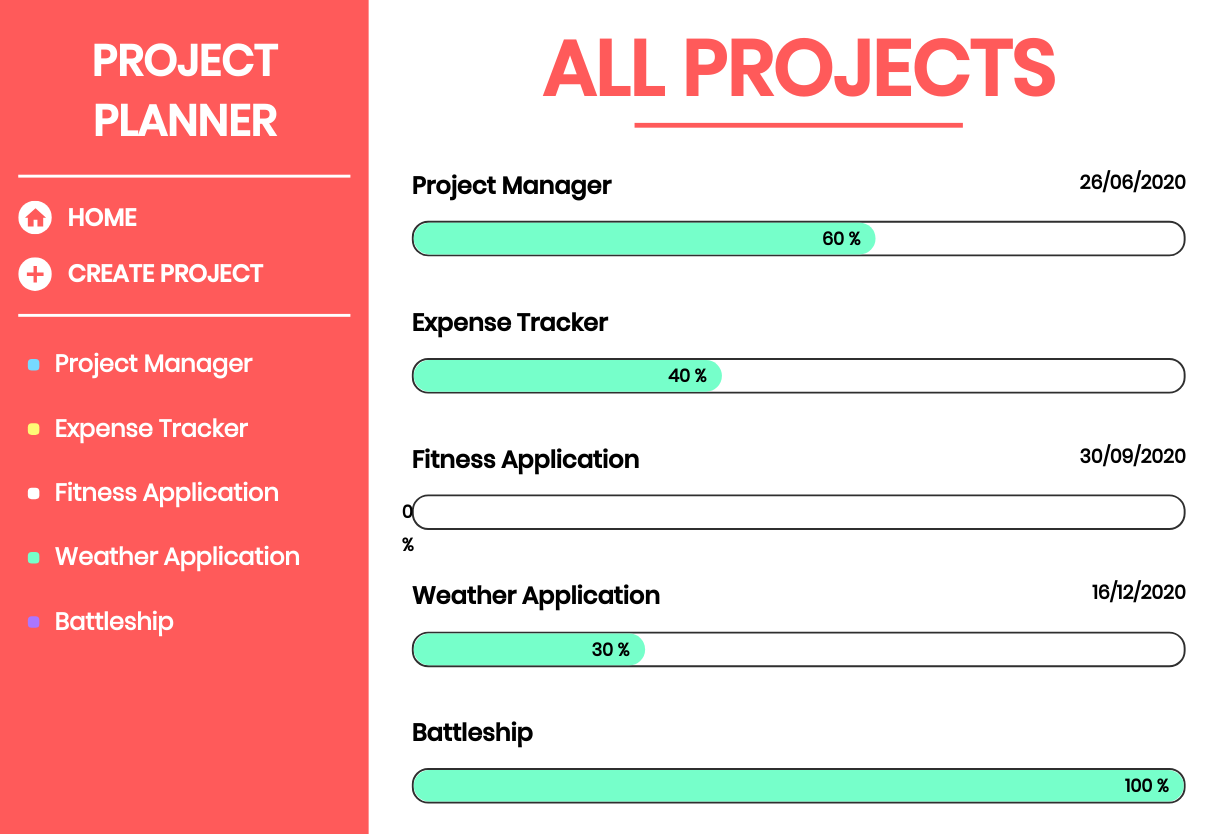
Repository: AzharMoosa/project-manager
Page: /
The author's editor kept a copy of each file at every save. The page is drawn from the files as they stood at one save, then again after a run of saves.
The browser window is 1280 px wide. The pictures show the whole page, at 96% of full size.
The project was rebuilt for these pictures with package versions that can differ from the ones it lists, and the page was loaded fresh each time.

Above is the page before, as saved 2020-06-22 11:25:35.

After the next 2 saves:
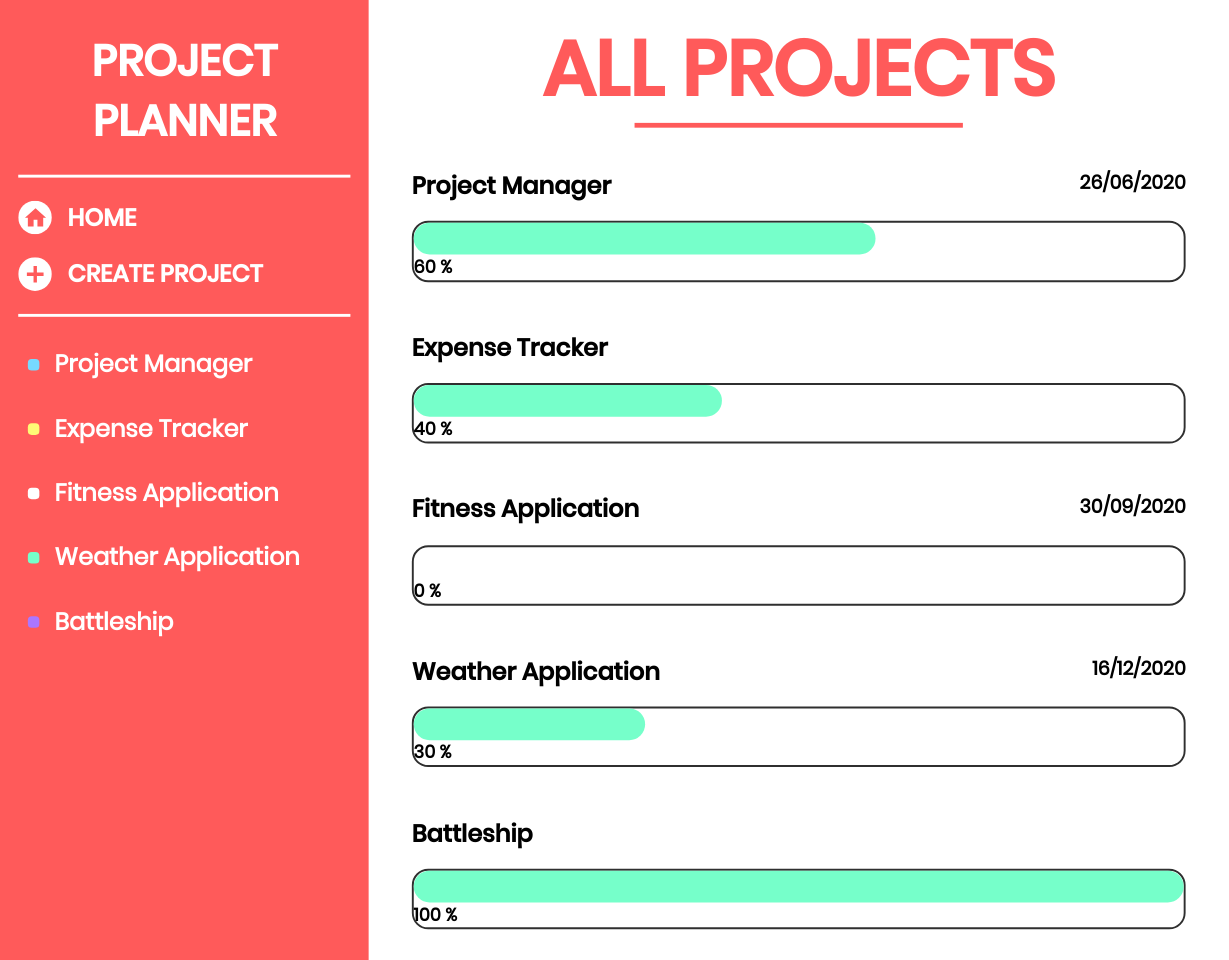
The 2 saves are shown as one change because they came seconds apart.
The last was saved 8 s later.
--- a/src/components/home/ProgressBar.js
+++ b/src/components/home/ProgressBar.js
@@ -3,9 +3,8 @@
 const ProgressBar = ({ progress }) => {
   return (
     <div className='progressbar'>
-      <div style={{ width: `${progress}%` }}>
-        <h3>{progress} %</h3>
-      </div>
+      <div style={{ width: `${progress}%` }}></div>
+      <h3>{progress} %</h3>
     </div>
   );
 };

After the 5 saves that followed:
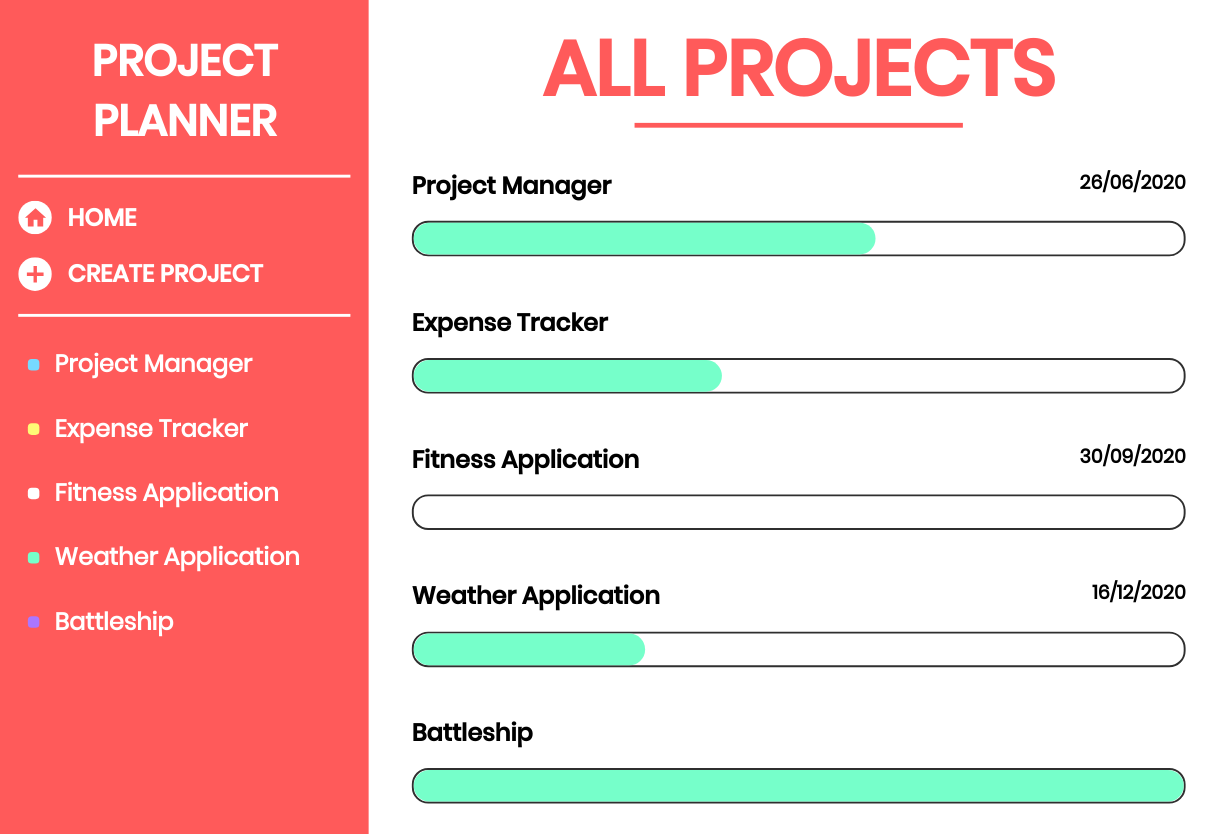
The 5 saves are shown as one change because 2 left the picture as it was and some came seconds apart.
The last was saved 26 s later.
--- a/src/components/home/ProgressBar.js
+++ b/src/components/home/ProgressBar.js
@@ -4,7 +4,6 @@
   return (
     <div className='progressbar'>
       <div style={{ width: `${progress}%` }}></div>
-      <h3>{progress} %</h3>
     </div>
   );
 };
